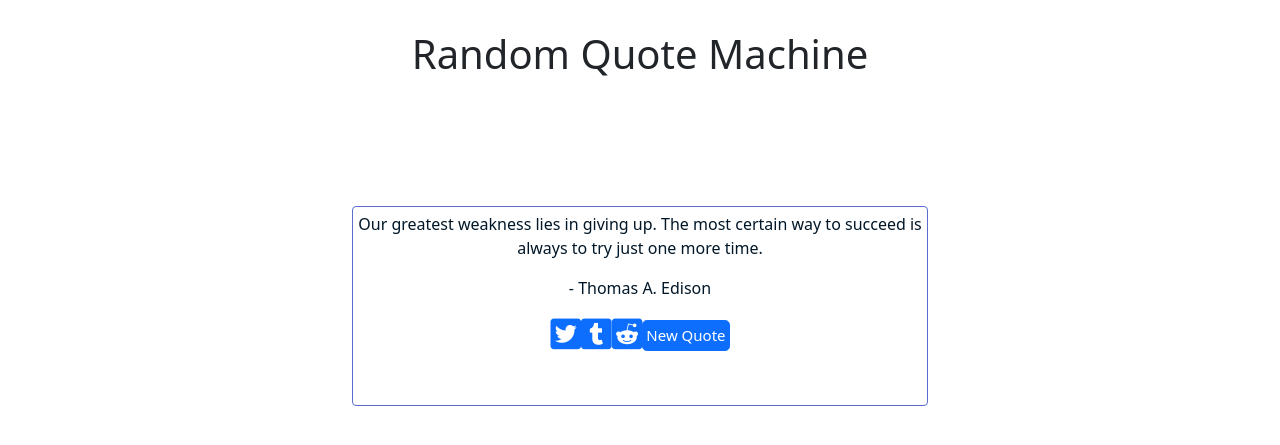
Repository: LuismGil/Random-quote-machine
Page: /
These files come from the project's save history. The page is drawn as it stood at one moment and after the next save; the edit follows.
The browser window is 1280 px wide. The pictures show the whole page.
The project was rebuilt for these pictures with package versions that can differ from the ones it lists, and the page was loaded fresh each time.

Above is the page before, as saved 2021-01-27 10:11:07.

After the next save:
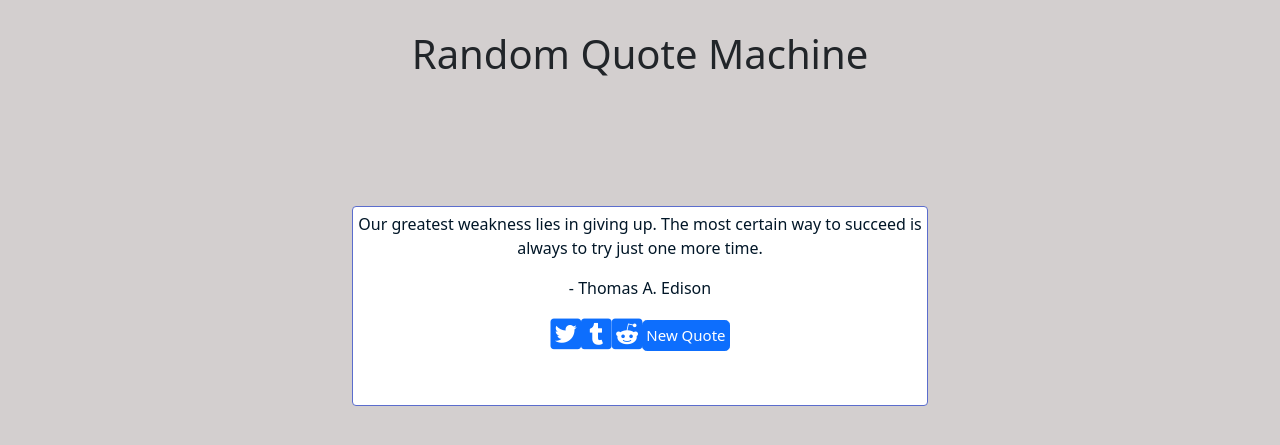
Saved 45 s later.
--- a/src/index.css
+++ b/src/index.css
@@ -1,5 +1,5 @@
 body {
-  background-color: white;
+  background-color: rgb(211, 207, 207);
 }
 
 h1 {
